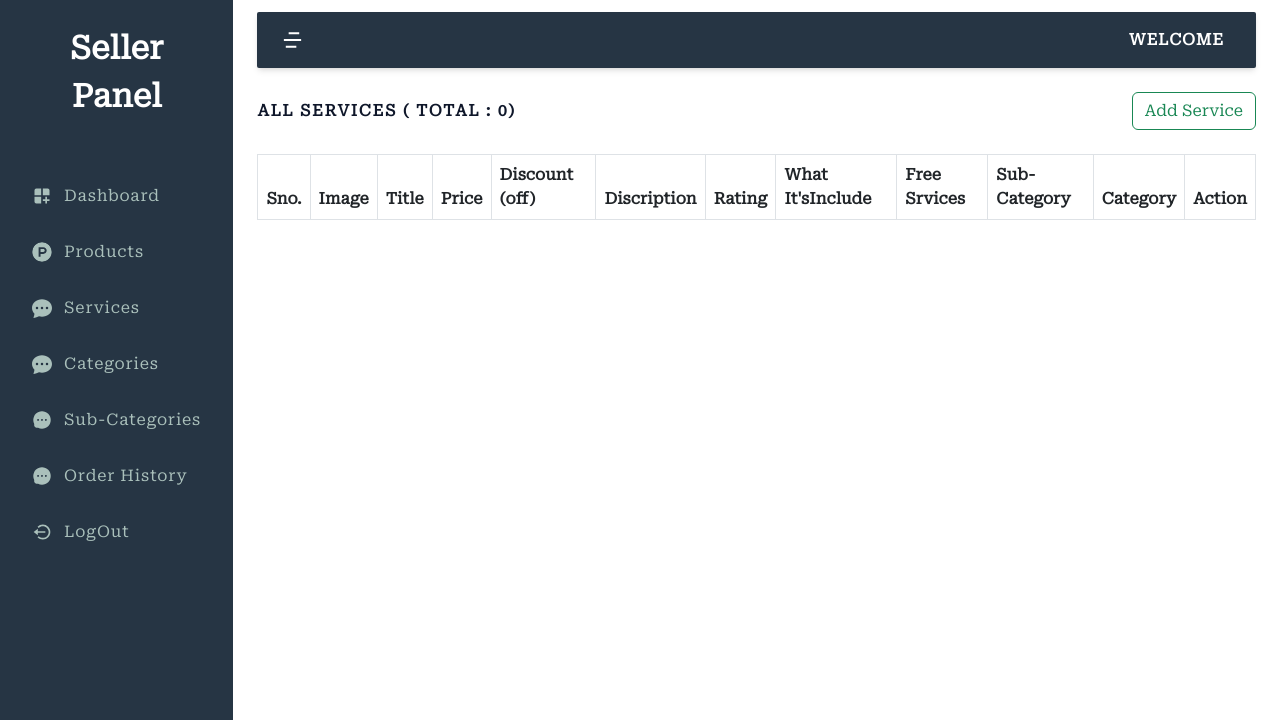
Repository: FlyweisReact/Arun-Chauhan
Page: /vendor/service
An editor plug-in stored every save of this project. The page is shown before and after a run of saves, followed by the edit.
The browser window is 1280 px wide. The pictures show the whole page.
The page's requests for data from a server got no answer. Some web libraries are served in a nearby version. The project was rebuilt for these pictures with package versions that can differ from the ones it lists, and the page was loaded fresh each time. No one was signed in, and anything a server would have sent is missing. Also part of the build but not shown: src/AdminPanel/layout/Navbar.jsx, src/AdminPanel/layout/Sidebar.jsx, src/AdminPanel/layout/HOC.jsx, src/AdminPanel/pages/Privacy.js, src/AdminPanel/pages/Category.js, src/AdminPanel/pages/FeedBack.js, src/AdminPanel/pages/TermsCon.js, src/AdminPanel/pages/HelpSupport.js and 24 more.

Above is the page before, as saved 2023-04-14 18:01:58.

### public/index.html
<!-- @format -->

<!DOCTYPE html>
<html lang="en">
  <head>
    <meta charset="utf-8" />
    <!-- <link rel="icon" href="%PUBLIC_URL%/favicon.png" /> -->
    <meta name="viewport" content="width=device-width, initial-scale=1" />
    <meta name="theme-color" content="#000000" />
    <meta
      name="description"
      content="Web site created using create-react-app"
    />
    <link rel="apple-touch-icon" href="%PUBLIC_URL%/favicon.ico?v=2" />



    <link rel="manifest" href="%PUBLIC_URL%/manifest.json" />
    <link rel="preconnect" href="https://fonts.googleapis.com">
    <link rel="preconnect" href="https://fonts.gstatic.com" crossorigin>
    <link href="https://fonts.googleapis.com/css2?family=Roboto+Serif&display=swap" rel="stylesheet">
    <title>Arun   Panel</title>
  </head>
  <body>
    <noscript>You need to enable JavaScript to run this app.</noscript>
    <div id="root"></div>
    <script src="https://code.jquery.com/jquery-3.6.0.min.js"></script>
    <script src="https://kit.fontawesome.com/b533b351e4.js" crossorigin="anonymous"></script>
  </body>
</html>

### src/index.js
import React from "react";
import ReactDOM from "react-dom/client";
import "./index.css";
import App from "./App";
import { BrowserRouter } from "react-router-dom";
import 'bootstrap/dist/css/bootstrap.min.css'

const root = ReactDOM.createRoot(document.getElementById("root"));
root.render(
  <React.StrictMode>
    <BrowserRouter>
      <App />
    </BrowserRouter>
  </React.StrictMode>
);

### src/index.css
/** @format */

@tailwind base;
@tailwind components;
@tailwind utilities;




body {
  margin: 0;
  font-family: 'Roboto Serif', serif  !important;
  -webkit-font-smoothing: antialiased;
  -moz-osx-font-smoothing: grayscale;
}

/* Wcomponents */
.wcomp::-webkit-scrollbar {
  width: 0px;
}
::-webkit-scrollbar {
  width: 0px;
}
::-webkit-scrollbar-track {
  background: #696f78;
}
/* Handle */
::-webkit-scrollbar-thumb {
  background: #b4b8bf;
}

.main-card--container {
  display: grid;
  grid-template-columns: repeat(3, minmax(300px, 500px));
  grid-gap: 50px;
  justify-content: space-around;
}
.card-container {
  margin: 25px 0 auto;
  position: relative;
  display: grid;
  grid-template-columns: 1fr;
  justify-content: space-around;
  align-items: flex-start;
}

.img-thumbnail {
  width: 80px;
}
.img-large {
  max-width: 80%;
}

.formInput {
  padding: 5px;
}

.BannerImg{
  display: grid;
  grid-template-columns: auto auto auto;
  margin: 20px;
  justify-content: space-evenly;
  text-align: center;
}
.BannerImg div{
  box-shadow: rgba(0, 0, 0, 0.35) 0px 5px 15px;
  padding: 10px;

}
.BannerImg img{
  width: 400px;
  height: 200px;
}


li{
  list-style: disc;
}
.carouselImages{
  width: 200px !important;
  height: 140px;
}
.Car{
  width: 200px !important;
}
.ColorImage{
  width: 100px !important;
}
.three-Sec{
  display: grid;
  justify-content: space-evenly;
  grid-template-columns: auto auto auto;
  text-align: center;
  color: black;

}
.three-Sec div{
  box-shadow: rgba(0, 0, 0, 0.35) 0px 5px 15px;
  margin-top: 40px;
  padding : 10px;
  width: 400px;
}
.three-Sec img{
  width: 100%;
  height: 300px;
}
.three-Sec p{
  font-size: 20px;
  font-weight: bold;
  margin: 0;
}
.three-Sec button{
  border: 1px solid #B80000;
  background-color: #ffff;
  color: #B80000;
  width: 100%;
  padding: 3px;
  margin-top: 10px;
  font-size: 20px;
  transition: 0.5s;
}

.three-Sec button:hover{
  background-color: #B80000;
  color: #ffff;
}
.bigCont{
  display: flex;
  gap: 10px;
}
.contP{
  border: 1px solid #2F308D;
  width: 48%;
  padding: 10px;
  color: #2F308D;
  transition: 0.5s;
  cursor: pointer;
}
.contP:hover {
  background-color: #2F308D;
  color: #fff;
}


.viewBtn{
  color: #014F75;
  border: 1px solid #014F75;
  outline: none;
  width: 50%;
  padding: 5px;
  font-size: 18px;
  transition: 0.5s;
}

.viewBtn:hover{

  background-color: #014F75;
  color: #fff;
}


.filterDate{
  color: black;
  display: flex;
  gap: 20px;
  margin-top: 20px;
  margin-bottom: 20px;
}

.filterDate input {
  border: 1px solid black;
  outline: none;
  padding: 5px;
}
.filterDate div{
  display: flex;
  gap: 10px;
  align-items:center ;
}
.filterDate div p{
  padding-top: 10px;
}

.filterDate button{
  color: #014F75;
  border: 1px solid #014F75;
  outline: none;
  width: 200px;
  font-size: 18px;
  transition: 0.5s;
}

.filterDate button:hover{
  background-color: #014F75;
  color: #fff;
}
.active{
  display: flex;
  gap: 20px;
margin-bottom: 20px;
}
.active button{
  border: 1px solid #659CCA;
  color: #659CCA;
  padding: 5px;
  width: 200px;
  transition: 0.5s;
  font-size: 20px;
}
.active button:hover{
  background-color: #659CCA;
  color: #fff;
}

.drop select{
  width: 100%;
  color:#fff;
  margin-bottom: 20px;
  border: 1px solid #659CCA;
  padding: 10px;
  outline: none;
  background-color: #659CCA;
}
.drop select option{
  background-color: #8FD1DF;
  border: 1px solid #8FD1DF;
}

.drop select option:hover{
  background-color: #8FD1DF  !important;
}

### src/VendorPanel/pages/VendorService.js
/** @format */

import axios from "axios";
import React, { useCallback, useEffect, useState } from "react";
import { Table, Modal, Button, Form, Alert } from "react-bootstrap";
import { toast } from "react-toastify";
import HOC from "../layout/HOC";

const VendorService = () => {
  const [modalShow, setModalShow] = useState(false);
  const [data, setData] = useState([]);
  const [subCat, setSubCat] = useState([]);
  const [catData, setCatData] = useState([]);

  const sellorId = localStorage.getItem("vendorId");

  const fetchHandler = useCallback(async () => {
    try {
      const { data } = await axios.get(
        `http://ec2-15-206-210-177.ap-south-1.compute.amazonaws.com:1112/api/service/seller/${sellorId}`
      );
      setData(data.data);
    } catch (e) {
      console.log(e);
    }
  }, [sellorId]);

  const fetchSub = async () => {
    try {
      const { data } = await axios.get(
        "http://ec2-15-206-210-177.ap-south-1.compute.amazonaws.com:1112/api/subcategory/"
      );
      setSubCat(data.result);
    } catch (e) {
      console.log(e);
    }
  };

  const fetchCat = async () => {
    try {
      const { data } = await axios.get(
        "http://ec2-15-206-210-177.ap-south-1.compute.amazonaws.com:1112/api/category"
      );
      setCatData(data.data);
    } catch (e) {
      console.log(e);
    }
  };

  useEffect(() => {
    fetchHandler();
    if (modalShow === true) {
      fetchSub();
      fetchCat();
    }
  }, [fetchHandler, modalShow]);

  function MyVerticallyCenteredModal(props) {
    const [title, setTitle] = useState("");
    const [price, setPrice] = useState("");
    const [discount, setDiscount] = useState("");
    const [desc, setDesc] = useState("");
    const [include, setInclude] = useState("");
    const [category, setCategory] = useState("");
    const [freeService, setFreeService] = useState("");
    const [subCategory, setSubCategory] = useState("");
    const [image, setImage] = useState("");
    const [url, setUrl] = useState("");
    const [type, setType] = useState("");
    const disBig = type + discount;

    const postthumbImage = (e) => {
      const data = new FormData();
      data.append("file", image);
      data.append("upload_preset", "ml_default");
      data.append("cloud_name", "dbcnha741");
      fetch("https://api.cloudinary.com/v1_1/dbcnha741/image/upload", {
        method: "post",
        body: data,
      })
        .then((res) => res.json())
        .then((data) => {
          setUrl(data.url);
          console.log(data.url);
        })
        .catch((err) => {
          console.log(err);
        });
    };

    const postHandler = async (e) => {
      e.preventDefault();
      try {
        const { data } = await axios.post(
          "http://ec2-15-206-210-177.ap-south-1.compute.amazonaws.com:1112/api/service",
          {
            serviceName: title,
            serviceImg: url,
            title,
            price,
            discount: disBig,
            desc,
            include,
            category,
            freeService,
            subCategory,
            sellerId: sellorId,
          }
        );
        toast.error(`${data.data.title} Added`);
        fetchHandler();
        props.onHide();
      } catch (e) {
        console.log(e);
        toast.error("Please try again after some time :::");
      }
    };

    return (
      <Modal
        {...props}
        size="lg"
        aria-labelledby="contained-modal-title-vcenter"
        centered
      >
        <Modal.Header closeButton>
          <Modal.Title id="contained-modal-title-vcenter">
            Add Service
          </Modal.Title>
        </Modal.Header>
        <Modal.Body>
          <Form onSubmit={postHandler}>
            <Form.Group className="mb-3">
              <Form.Label>Image</Form.Label>
              <Form.Control
                type="file"
                onChange={(e) => setImage(e.target.files[0])}
              />
            </Form.Group>
            <Form.Group className="mb-3">
              <Form.Label>Title</Form.Label>
              <Form.Control
                type="text"
                onChange={(e) => setTitle(e.target.value)}
                onClick={() => postthumbImage()}
              />
            </Form.Group>
            <Form.Group className="mb-3">
              <Form.Label>Price</Form.Label>
              <Form.Control
                type="text"
                onChange={(e) => setPrice(e.target.value)}
              />
            </Form.Group>
            <Form.Group className="mb-3">
              <Form.Label>Discount</Form.Label>
              <Form.Control
                type="number"
                onChange={(e) => setDiscount(e.target.value)}
              />
            </Form.Group>
            <Form.Group className="mb-3">
              <Form.Select
                aria-label="Default select example"
                onChange={(e) => setType(e.target.value)}
              >
                <option>Discount In</option>
                <option value="Flat% "> Flat% </option>
                <option value="Rupees"> Rupees </option>
              </Form.Select>
            </Form.Group>
            <Form.Group className="mb-3">
              <Form.Label>Description</Form.Label>
              <Form.Control
                type="text"
                onChange={(e) => setDesc(e.target.value)}
              />
            </Form.Group>
            <Form.Group className="mb-3">
              <Form.Label>Include Description</Form.Label>
              <Form.Control
                type="text"
                onChange={(e) => setInclude(e.target.value)}
              />
            </Form.Group>
            <Form.Group className="mb-3">
              <Form.Label>Free Service</Form.Label>
              <Form.Control
                type="text"
                onChange={(e) => setFreeService(e.target.value)}
              />
            </Form.Group>
            <Form.Group className="mb-3">
              <Form.Select
                aria-label="Default select example"
                onChange={(e) => setCategory(e.target.value)}
              >
                <option>Select Category</option>
                {catData?.map((i, index) => (
                  <option key={index} value={i._id}>
                    {" "}
                    {i.category}{" "}
                  </option>
                ))}
              </Form.Select>
            </Form.Group>
            <Form.Group className="mb-3">
              <Form.Select
                aria-label="Default select example"
                onChange={(e) => setSubCategory(e.target.value)}
              >
                <option>Select Sub-Category</option>
                {subCat?.map((i, index) => (
                  <option key={index} value={i._id}>
                    {" "}
                    {i.title}{" "}
                  </option>
                ))}
              </Form.Select>
            </Form.Group>
            <Button variant="outline-success" type="submit">
              Submit
            </Button>
          </Form>
        </Modal.Body>
        <Modal.Footer></Modal.Footer>
      </Modal>
    );
  }

  const deleteHandler = async (id) => {
    try {
      const { data } = await axios.delete(
        `http://ec2-15-206-210-177.ap-south-1.compute.amazonaws.com:1112/api/service/${id}`
      );
      toast.success(data.message);
      fetchHandler();
    } catch (e) {
      console.log(e);
      toast.error(e.response.data.message);
    }
  };
  return (
    <>
      <MyVerticallyCenteredModal
        show={modalShow}
        onHide={() => setModalShow(false)}
      />

      <section>
        <div className="pb-4 sticky top-0  w-full flex justify-between items-center bg-white">
          <span className="tracking-widest text-slate-900 font-semibold uppercase ">
            All Services ( Total : { data === null ? "0" : data?.length })
          </span>
          <Button
            variant="outline-success"
            onClick={() => {
              setModalShow(true);
            }}
          >
            Add Service
          </Button>
        </div>

        {data === null ? <Alert variant="info" >No Service Listed Yet </Alert>  :

        <div style={{ maxWidth: "100%", overflow: "auto" }}>
          <Table striped bordered hover>
            <thead>
              <tr>
                <th> Sno.</th>
                <th> Image</th>
                <th> Title</th>
                <th> Price</th>
                <th> Discount (off)</th>
                <th> Discription</th>
                <th>Rating</th>
                <th>What It'sInclude</th>
                <th>Free Srvices</th>
                <th>Sub-Category</th>
                <th>Category</th>
                <th>Action</th>
              </tr>
            </thead>
            <tbody>
              {data?.map((i, index) => (
                <tr key={index}>
                  <td> {index + 1} </td>
                  <td>
                    <img
                      src={i.serviceImg}
                      alt={i.serviceName}
                      style={{ width: "100px" }}
                    />
                  </td>
                  <td>{i.title}</td>
                  <td>₹{i.price}</td>
                  <td>{i.discount}</td>
                  <td>{i.desc}</td>
                  <td> {i.reting} </td>
                  <td>
                    {i.include?.map((item) => (
                      <p
                        key={item}
                        style={{ fontSize: "12px", maxWidth: "300px" }}
                      >
                        {" "}
                        {item}{" "}
                      </p>
                    ))}
                  </td>
                  <td>{i.freeService}</td>
                  <td>{i.subCategory?.title}</td>
                  <td> {i.category?.category} </td>
                  <td>
                    <div style={{ display: "flex ", gap: "10px" }}>
                      <i
                        className="fa-solid fa-trash"
                        style={{ color: "red", cursor: "pointer" }}
                        onClick={() => deleteHandler(i._id)}
                      ></i>
                    </div>
                  </td>
                </tr>
              ))}
            </tbody>
          </Table>
        </div>
        }

      </section>
    </>
  );
};

export default HOC(VendorService);

### src/VendorPanel/layout/HOC.jsx
import React, { useState } from "react";
import Navbar from "./Navbar";
import Sidebar from "./Sidebar";

const HOC = (Wcomponenet) => {
  return function Component() {
    const [hamb, setHamb] = useState(false);
    return (
      <>
        <section className="flex overflow-x-hidden relative">
          {/* Sidebar */}
          <div
            className={
              hamb
                ? " absolute top-0 z-30 md:w-auto shadow-md bg-slate-200  w-60 transition-all md:-left-full left duration-150  h-auto overflow-y-auto  left-0 "
                : " md:w-72 z-30 bg-slate-200  shadow-md  md:static absolute top-0 -left-full   transition-all duration-150  overflow-y-auto h-auto"
            }
          >
            <Sidebar hamb={hamb} setHamb={setHamb} />
          </div>
          {/* Components & Navbar */}
          <div
            className={
              hamb
                ? " transition-all px-4 py-2  bg-white duration-150 w-full h-screen"
                : " w-full h-screen  px-4 py-2  bg-white z-50 transition-all duration-150 "
            }
          >
            <Navbar hamb={hamb} setHamb={setHamb} />
            <div className="my-6 text-white h-[87%] wcomp overflow-y-auto">
              <Wcomponenet />
            </div>
          </div>
        </section>
      </>
    );
  };
};

export default HOC;

### src/VendorPanel/layout/Navbar.jsx
/** @format */

import { RiMenu4Line } from "react-icons/ri";

const Navbar = ({ hamb, setHamb }) => {

  return (
    <>

      <div
        className={
          hamb
            ? "flex  w-full justify-between  my-1 rounded-sm  p-4 py-3 shadow-md items-center  bg-slate-200 space-x-4"
            : "flex  w-full justify-between my-1 rounded-sm  p-4 py-3 shadow-md items-center  bg-slate-200 space-x-4"
        }
        style={{   backgroundColor: "#263544", color : "#fff"}}
      >
        <RiMenu4Line
          onClick={() => setHamb(!hamb)}
          className="text-2xl font-bold text-#fff-900 hover:scale-90 cursor-pointer"
        />

        <section className="flex sm:ml-auto justify-end sm:w-full items-center space-x-2  pr-2">
          <figcaption className="tracking-wider pl-1 font-semibold">
            <div className="lg:text-base text-sm text-#fff-900  uppercase" >
              Welcome
            </div>
          </figcaption>
        </section>


      </div>
    </>
  );
};

export default Navbar;

### src/VendorPanel/layout/Sidebar.jsx
/** @format */

import React from "react";
import { RiCloseLine } from "react-icons/ri";
import { Link, useNavigate } from "react-router-dom";
import { BiLogOutCircle  } from "react-icons/bi";
import { MdDashboardCustomize } from "react-icons/md";
import { BsFillChatDotsFill } from "react-icons/bs";
import { AiFillMessage } from "react-icons/ai";
import {FaProductHunt } from 'react-icons/fa'


const Sidebar = ({ hamb, setHamb }) => {
  const navigate = useNavigate();

  const nav = [
    {
      icon: <MdDashboardCustomize className="text-xl mr-3 rounded-full " />,
      link: "/vendor/dashboard",
      name: "Dashboard",
    },
    {
      icon: <FaProductHunt className="text-xl mr-3 rounded-full " />,
      link: "/vendor/products",
      name: "Products",
    },
    {
      icon: <BsFillChatDotsFill className="text-xl mr-3" />,
      link: "/vendor/service",
      name: "Services",
    },
    {
      icon: <BsFillChatDotsFill className="text-xl mr-3" />,
      link: "/vendor/category",
      name: "Categories",
    },

    {
      icon: <AiFillMessage className="text-xl mr-3 rounded-full " />,
      link: "/vendor/sub-category",
      name: "Sub-Categories",
    },
    {
      icon: <AiFillMessage className="text-xl mr-3 rounded-full " />,
      link: "/vendor/order-history",
      name: "Order History",
    },
  ];

  const logOut = () => {
 localStorage.clear()
  navigate("/vendor/login");
  };

  return (
    <>
      <div className="p-4 h-auto"   style={{
          backgroundColor: "#263544",
          minHeight : '100vh'
        }}>
        {/* Top */}
        <div className="w-full md:hidden relative  p-2 mb-4">
          <RiCloseLine
            onClick={() => setHamb(!hamb)}
            className="text-3xl  absolute top-2 sm:hover:rotate-[228deg] transition-transform font-bold right-2 sm:hover:text-[22px] text-[rgb(241,146,46)] cursor-pointer"
          />
        </div>
        {/* Logo */}
        <figure className="flex  flex-col items-center">
        <span
            className="font-bold text-[rgb(241,146,46)]"
            style={{ fontSize: "2rem", textAlign: "center", color: "#fff" }}
          >
            Seller Panel
          </span>
        </figure>
        {/* Nav-menu */}
        <nav className="py-6">
          {nav.map((nav) => {
            return (
              <Link to={nav.link} key={nav.name} className="" style={{textDecoration : 'none'}}>
                <span className="flex my-3 items-center cursor-pointer    tracking-wider p-2 rounded-sm"  style={{ color: "#aac0bb"  , textDecoration : 'none'}}>
                  {nav.icon} {nav.name}
                </span>
              </Link>
            );
          })}
          <span
            className="flex my-3 items-center cursor-pointer   tracking-wider p-2 rounded-sm"
            onClick={() => logOut()}
            style={{ color: "#aac0bb" }}
          >
            <BiLogOutCircle className="text-xl mr-3 rounded-full " /> LogOut
          </span>
        </nav>
      </div>
    </>
  );
};

export default Sidebar;

Loaded but not shown: tailwind.config.js (common file); src/App.js (81 lines, source omitted)

After the next 2 saves:
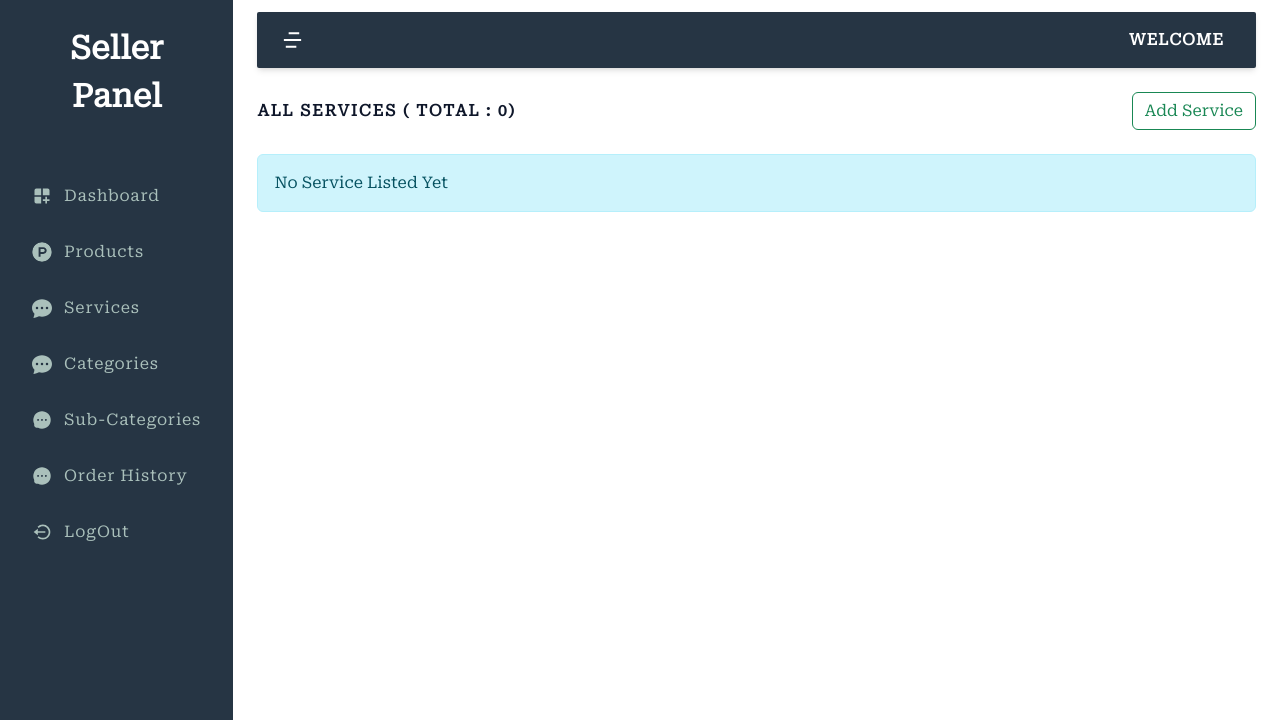
The 2 saves are shown as one change because they came seconds apart.
The last was saved 69 s later.
--- a/src/VendorPanel/pages/VendorService.js
+++ b/src/VendorPanel/pages/VendorService.js
@@ -262,7 +262,7 @@ const VendorService = () => {
           </Button>
         </div>
 
-        {data === null ? <Alert variant="info" >No Service Listed Yet </Alert>  :
+        {data?.length === 0 ? <Alert variant="info" >No Service Listed Yet </Alert>  :
 
         <div style={{ maxWidth: "100%", overflow: "auto" }}>
           <Table striped bordered hover>
